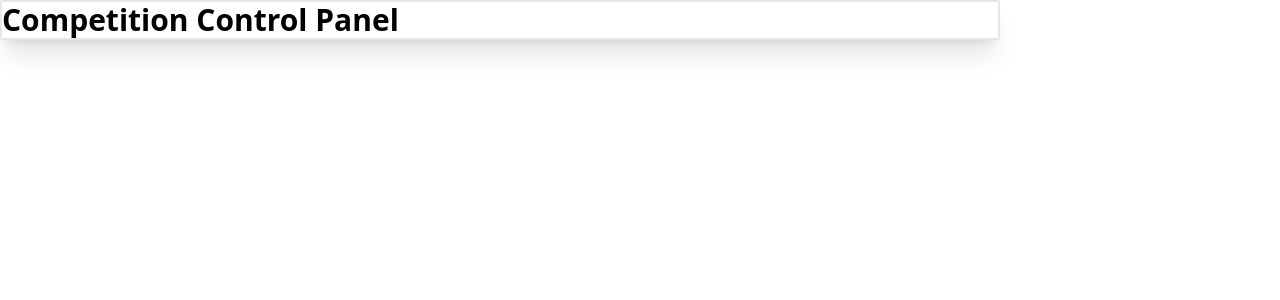
Repository: techieRahul17/blackoutscreen
Page: public/admin1.html
The author's editor kept a copy of each file at every save. The page is drawn from the files as they stood at one save, then again after the next save.
The browser window is 1280 px wide. The pictures show the whole page.
Some web libraries are served in a nearby version.

Above is the page before, as saved 2025-08-28 19:18:50.

### public/admin1.html
<!DOCTYPE html>
<html>
<head>
    <title>Admin Page</title>
    <script src="https://cdn.tailwindcss.com"></script>
    <div>
      <div class="w-[1000px] h- rounded-sm border-2 shadow-xl">
       <h1 class="text-3xl font-bold text-black">Competition Control Panel</h1>


    </div>

    </div>
</head>
<body>

</body>





</html>

After the next save:
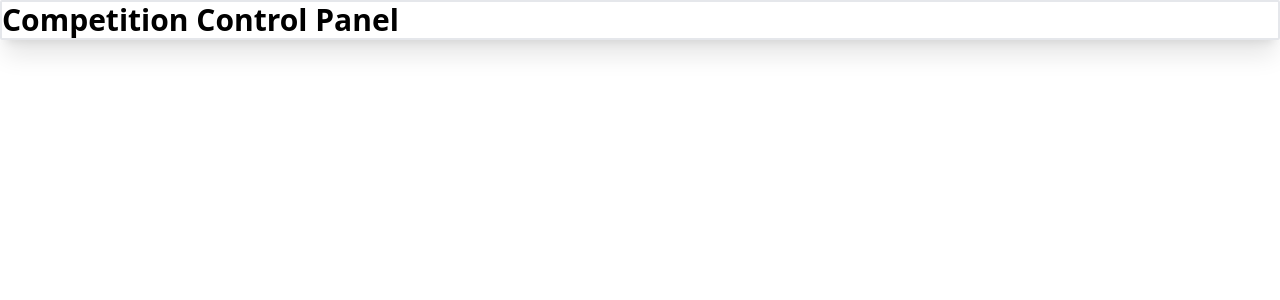
Saved 4 s later.
--- a/public/admin1.html
+++ b/public/admin1.html
@@ -4,7 +4,7 @@
     <title>Admin Page</title>
     <script src="https://cdn.tailwindcss.com"></script>
     <div>
-      <div class="w-[1000px] h- rounded-sm border-2 shadow-xl">
+      <div class="w- h- rounded-sm border-2 shadow-xl">
        <h1 class="text-3xl font-bold text-black">Competition Control Panel</h1>
 
 
